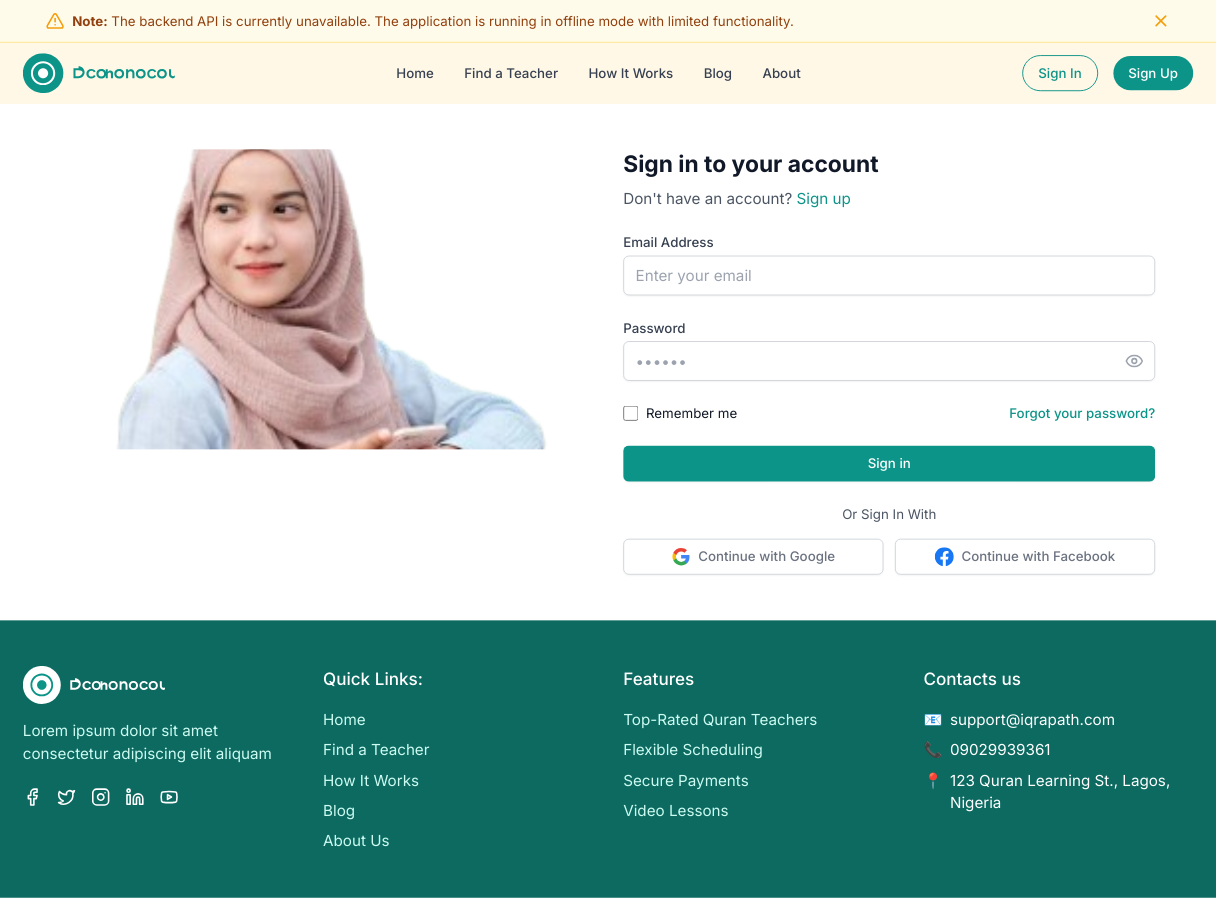
Repository: tafolabi009/originalq
Page: /auth/login
These files come from the project's save history. The page is drawn as it stood at one moment and after a run of saves; the edit follows.
The browser window is 1280 px wide. The pictures show the whole page, at 95% of full size.
The page's requests for data from a server got no answer. The project was rebuilt for these pictures with package versions that can differ from the ones it lists, and the page was loaded fresh each time. The framework's server and built-in components were replaced by stand-ins that run in the browser. No one was signed in, and anything a server would have sent is missing. Also part of the build but not shown: next.config.mjs.

Above is the page before, as saved 2025-03-28 20:44:17.

After the next 2 saves:
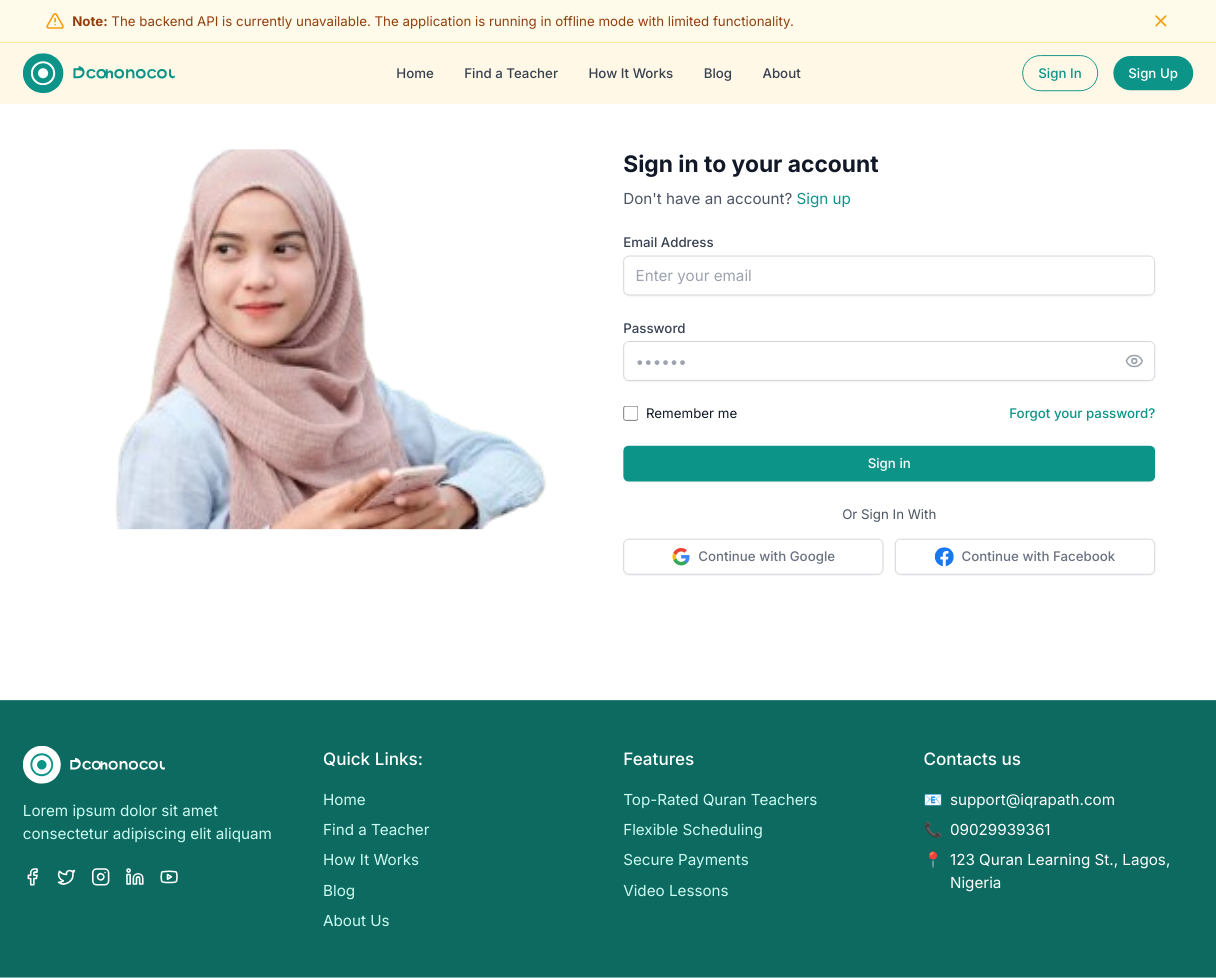
The 2 saves are shown as one change because they came seconds apart.
The last was saved 10 s later.
--- a/app/auth/login/page.tsx
+++ b/app/auth/login/page.tsx
@@ -72,7 +72,7 @@ export default function LoginPage() {
             <div className="bg-[transparent] rounded-lg overflow-hidden">
               <div className="relative h-full">
                 <div className="h-full flex flex-col">
-                  <div className="relative flex-1 min-h-[300px]">
+                  <div className="relative flex-1 min-h-[400px]">
                     <Image
                       src="/images/female-teacher.png"
                       alt="Female Teacher"
